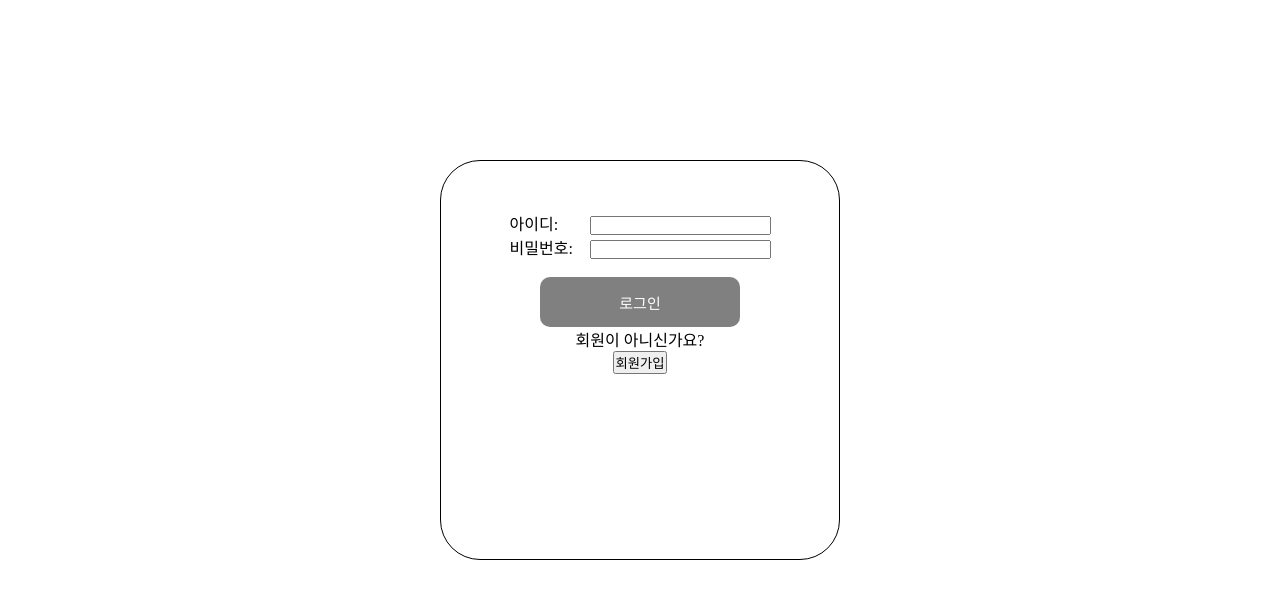
Repository: KGH1125/jsp_project
Page: http://localhost/jsp_project4/
The author's editor kept a copy of each file at every save. The page is drawn from the files as they stood at one save, then again after the next save.
The browser window is 1280 px wide. The pictures show the whole page.
The page is served by Tomcat 9.

Above is the page before, as saved 2023-05-30 01:45:01.

After the next save:
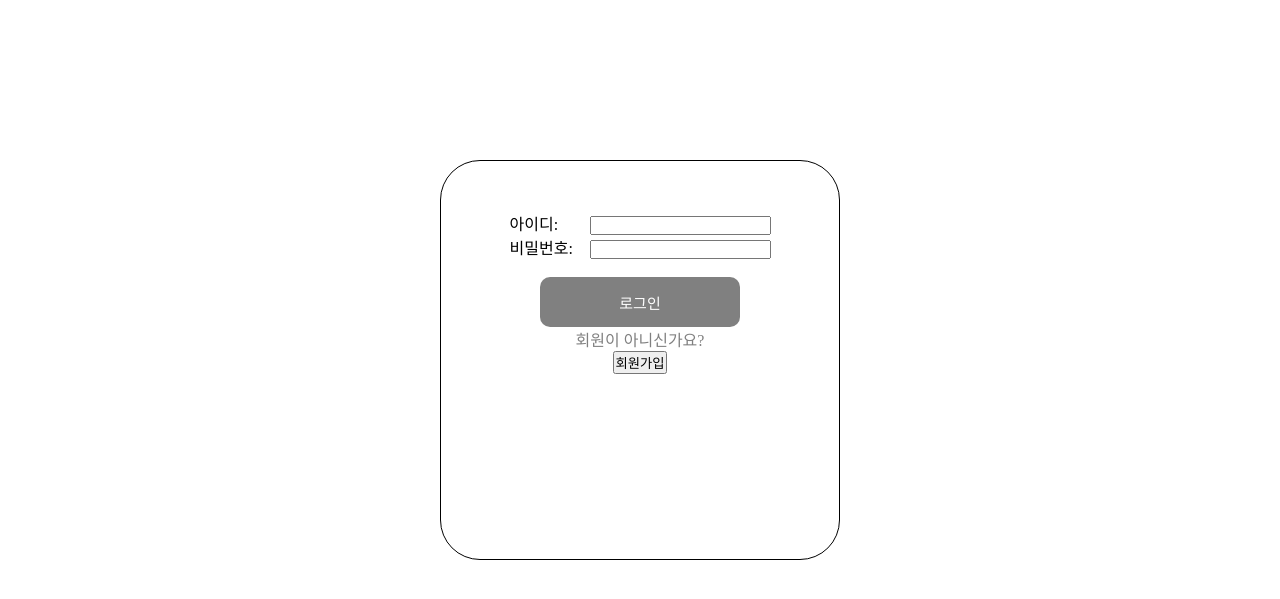
Saved 59 s later.
--- a/jsp_project4/jsp_project4/src/main/webapp/main.jsp
+++ b/jsp_project4/jsp_project4/src/main/webapp/main.jsp
@@ -41,6 +41,10 @@
 	border-radius: 10px
 
 }
+.subbox{
+color: gray;
+border: none;
+}
 </style>
 
 </head>
@@ -51,7 +55,7 @@
 			<span class="tspan">비밀번호:</span><input type="password"
 				name="password"><br> <br>
 			<button class="loginbtn" type="submit">로그인</button>
-			<div>
+			<div class="subbox">
 				회원이 아니신가요?<br> <a><button>회원가입</button></a>
 			</div>
 		</form>
